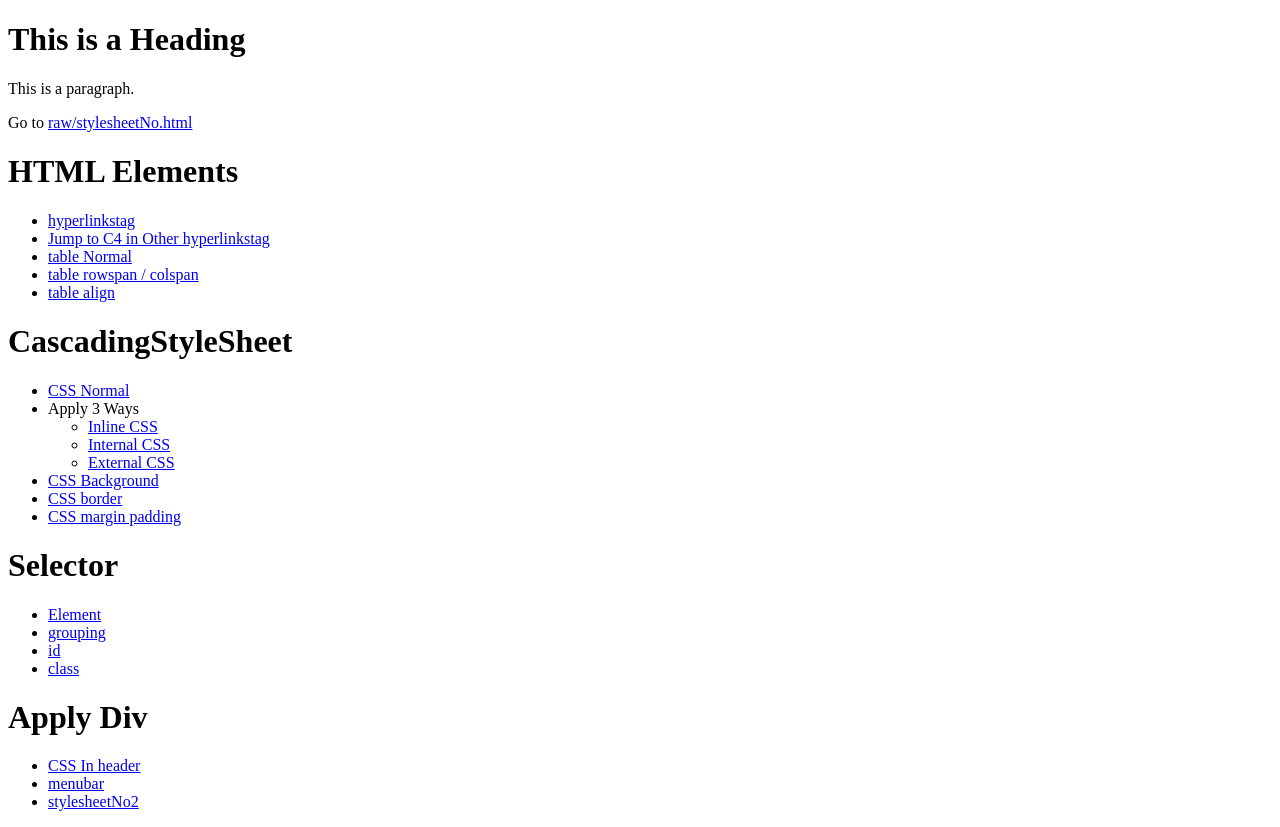
Repository: SanghunOh/learn_publising
Page: HtmlCss/WebContent/index.html
The author's editor kept a copy of each file at every save. The page is drawn from the files as they stood at one save, then again after the next save.
The browser window is 1280 px wide. The pictures show the whole page.

Above is the page before, as saved 2018-05-07 02:53:29.

### HtmlCss/WebContent/index.html
<!DOCTYPE html>
<!-- HTML5 -->
<html>
<head>
<meta charset="UTF-8">
<title>Home</title>
</head>
<body>
	<h1>This is a Heading</h1>
	<p>This is a paragraph.</p>

	<p>
		Go to <a href="multiple/stylesheetNo.html">raw/stylesheetNo.html</a>
	</p>

	<h1>HTML Elements</h1>
	<ul>
		<li><a href="htmlelements/hyperlinkstag.html">hyperlinkstag</a></li>
		<li><a href="htmlelements/hyperlinkstag.html#C4">Jump to C4
				in Other hyperlinkstag</a></li>
		<li><a href="htmlelements/table_normal.html">table Normal</a></li>
		<li><a href="htmlelements/table_rowcolspan.html">table
				rowspan / colspan</a></li>
		<li><a href="htmlelements/table_align.html">table align</a></li>
	</ul>

	<h1>CascadingStyleSheet</h1>
	<ul>
		<li><a href="CascadingStyleSheet/css_normal.html">CSS Normal</a></li>
		<li>Apply 3 Ways
			<ul>
				<li><a href="CascadingStyleSheet/3waysCSS/inline.html">Inline CSS</a></li>
				<li><a href="CascadingStyleSheet/3waysCSS/internal.html">Internal CSS</a></li>
				<li><a href="3CascadingStyleSheet/waysCSS/external.html">External CSS</a></li>
			</ul>
		</li>
		<li><a href="CascadingStyleSheet/css_background.html">CSS
				Background</a></li>
		<li><a href="CascadingStyleSheet/css_border.html">CSS border</a></li>
		<li><a href="CascadingStyleSheet/css_marginpadding.html">CSS
				margin padding</a></li>
	</ul>

	<h1>Selector</h1>
	<ul>
		<li><a href="selector/element.html">Element</a></li>
		<li><a href="selector/grouping.html">grouping</a></li>
		<li><a href="selector/id.html">id</a></li>
		<li><a href="selector/class.html">class</a></li>
	</ul>

	<h1>Apply Div</h1>
	<ul>
		<li><a href="applyDiv/cssinheader.html">CSS In header</a></li>
		<li><a href="applyDiv/menubar.html">menubar</a></li>
		<li><a href="applyDiv/stylesheetNo2.html">stylesheetNo2</a></li>
	</ul>

</body>
</html>

After the next save:
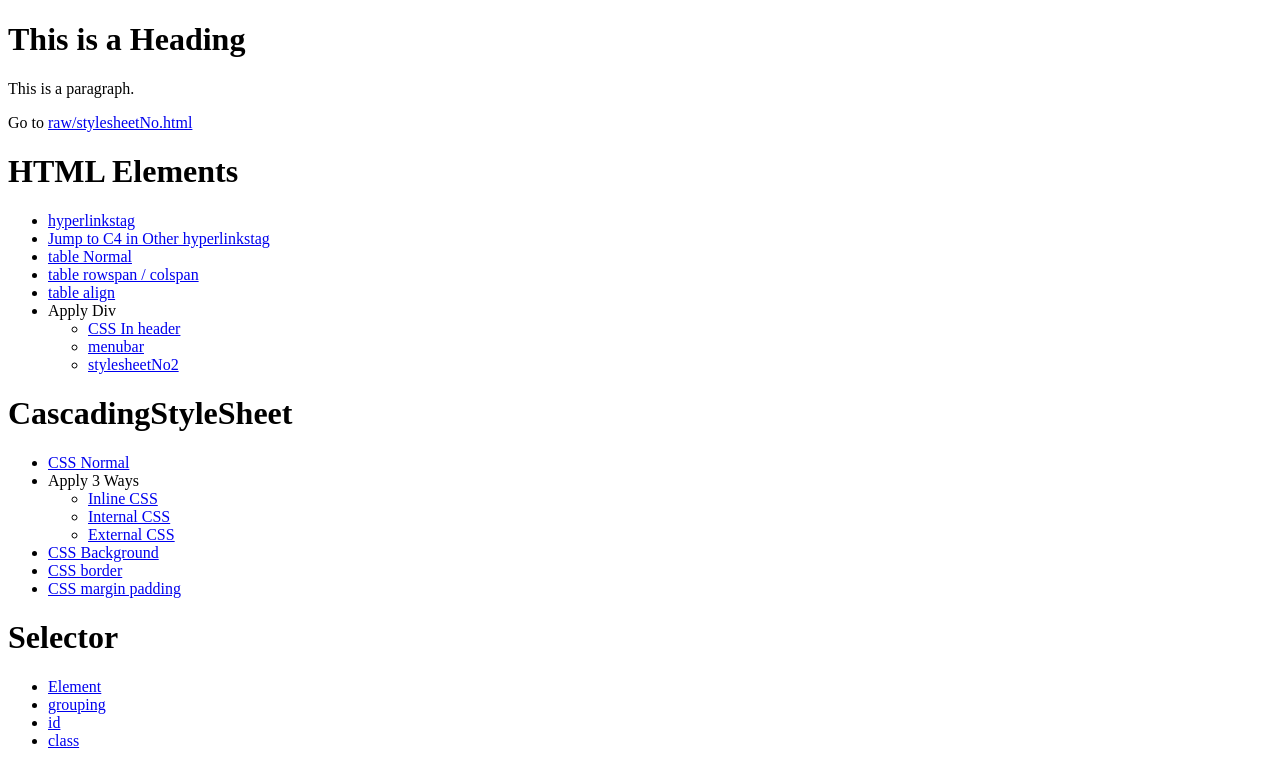
Saved 3 min 1 s later.
--- a/HtmlCss/WebContent/index.html
+++ b/HtmlCss/WebContent/index.html
@@ -15,13 +15,20 @@
 
 	<h1>HTML Elements</h1>
 	<ul>
-		<li><a href="htmlelements/hyperlinkstag.html">hyperlinkstag</a></li>
-		<li><a href="htmlelements/hyperlinkstag.html#C4">Jump to C4
+		<li><a href="HtmlElements/hyperlinkstag.html">hyperlinkstag</a></li>
+		<li><a href="HtmlElements/hyperlinkstag.html#C4">Jump to C4
 				in Other hyperlinkstag</a></li>
-		<li><a href="htmlelements/table_normal.html">table Normal</a></li>
-		<li><a href="htmlelements/table_rowcolspan.html">table
+		<li><a href="HtmlElements/table_normal.html">table Normal</a></li>
+		<li><a href="HtmlElements/table_rowcolspan.html">table
 				rowspan / colspan</a></li>
-		<li><a href="htmlelements/table_align.html">table align</a></li>
+		<li><a href="HtmlElements/table_align.html">table align</a></li>
+		<li>Apply Div
+			<ul>
+				<li><a href="applyDiv/cssinheader.html">CSS In header</a></li>
+				<li><a href="applyDiv/menubar.html">menubar</a></li>
+				<li><a href="applyDiv/stylesheetNo2.html">stylesheetNo2</a></li>
+			</ul>
+		</li>
 	</ul>
 
 	<h1>CascadingStyleSheet</h1>
@@ -29,9 +36,12 @@
 		<li><a href="CascadingStyleSheet/css_normal.html">CSS Normal</a></li>
 		<li>Apply 3 Ways
 			<ul>
-				<li><a href="CascadingStyleSheet/3waysCSS/inline.html">Inline CSS</a></li>
-				<li><a href="CascadingStyleSheet/3waysCSS/internal.html">Internal CSS</a></li>
-				<li><a href="3CascadingStyleSheet/waysCSS/external.html">External CSS</a></li>
+				<li><a href="CascadingStyleSheet/3waysCSS/inline.html">Inline
+						CSS</a></li>
+				<li><a href="CascadingStyleSheet/3waysCSS/internal.html">Internal
+						CSS</a></li>
+				<li><a href="3CascadingStyleSheet/waysCSS/external.html">External
+						CSS</a></li>
 			</ul>
 		</li>
 		<li><a href="CascadingStyleSheet/css_background.html">CSS
@@ -49,12 +59,6 @@
 		<li><a href="selector/class.html">class</a></li>
 	</ul>
 
-	<h1>Apply Div</h1>
-	<ul>
-		<li><a href="applyDiv/cssinheader.html">CSS In header</a></li>
-		<li><a href="applyDiv/menubar.html">menubar</a></li>
-		<li><a href="applyDiv/stylesheetNo2.html">stylesheetNo2</a></li>
-	</ul>
 
 </body>
 </html>
